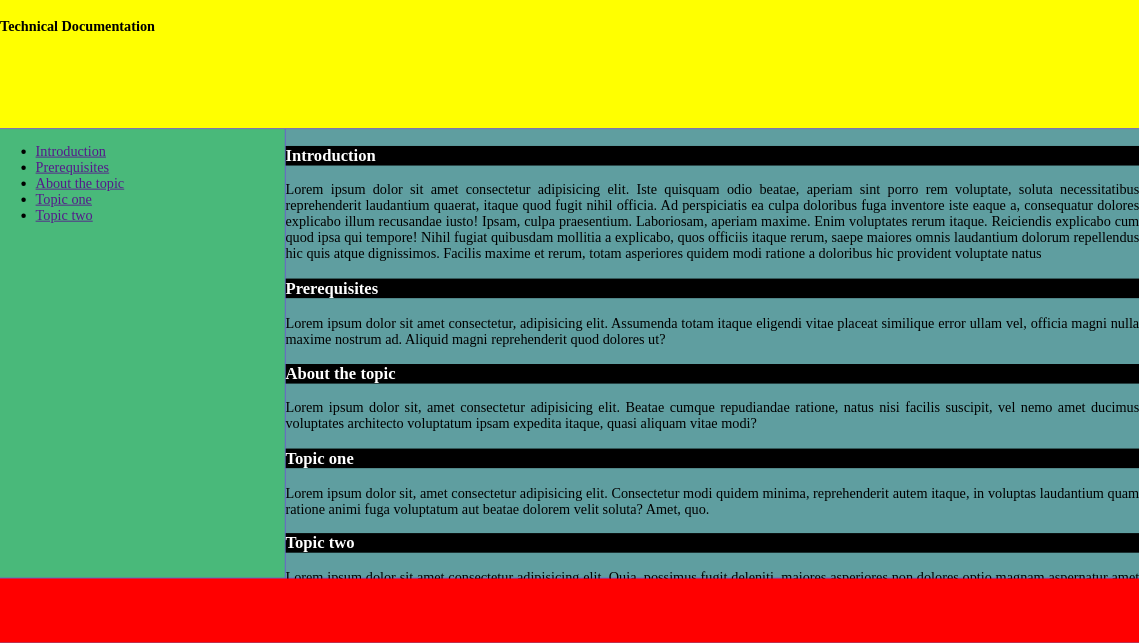
Repository: JoaoLemesDEV/Excercise-Tech-Documentation-Page
Page: index.html
An editor plug-in stored every save of this project. The page is shown before and after the next save, followed by the edit.
The browser window is 1280 px wide. The pictures show the whole page, at 89% of full size.

Above is the page before, as saved 2021-10-03 22:00:18.

### index.html
<!DOCTYPE html>
<html lang="en">
  <head>
    <meta charset="UTF-8" />
    <meta http-equiv="X-UA-Compatible" content="IE=edge" />
    <meta name="viewport" content="width=device-width, initial-scale=1.0" />
    <title>Technical Documentaion</title>
    <link rel="stylesheet" href="index.css" />
  </head>
  <body>
    <div class="wrapper">
      <header><h4>Technical Documentation</h4></header>
      <aside>
        <nav>
          <ul>
            <li><a href="">Introduction</a></li>
            <li><a href="">Prerequisites</a></li>
            <li><a href="">About the topic</a></li>
            <li><a href="">Topic one</a></li>
            <li><a href="">Topic two</a></li>
          </ul>
        </nav>
      </aside>
      <main>
        <section id="introduction">
          <h3 style="background: black; color: white">Introduction</h3>
          <p>
            Lorem ipsum dolor sit amet consectetur adipisicing elit. Iste
            quisquam odio beatae, aperiam sint porro rem voluptate, soluta
            necessitatibus reprehenderit laudantium quaerat, itaque quod fugit
            nihil officia. Ad perspiciatis ea culpa doloribus fuga inventore
            iste eaque a, consequatur dolores explicabo illum recusandae iusto!
            Ipsam, culpa praesentium. Laboriosam, aperiam maxime. Enim
            voluptates rerum itaque. Reiciendis explicabo cum quod ipsa qui
            tempore! Nihil fugiat quibusdam mollitia a explicabo, quos officiis
            itaque rerum, saepe maiores omnis laudantium dolorum repellendus hic
            quis atque dignissimos. Facilis maxime et rerum, totam asperiores
            quidem modi ratione a doloribus hic provident voluptate natus
          </p>
        </section>
        <section id="Prerequisites">
          <h3 style="background: black; color: white">Prerequisites</h3>
          <p>
            Lorem ipsum dolor sit amet consectetur, adipisicing elit. Assumenda
            totam itaque eligendi vitae placeat similique error ullam vel,
            officia magni nulla maxime nostrum ad. Aliquid magni reprehenderit
            quod dolores ut?
          </p>
        </section>
        <section id="about the topic">
          <h3 style="background: black; color: white">About the topic</h3>
          <p>
            Lorem ipsum dolor sit, amet consectetur adipisicing elit. Beatae
            cumque repudiandae ratione, natus nisi facilis suscipit, vel nemo
            amet ducimus voluptates architecto voluptatum ipsam expedita itaque,
            quasi aliquam vitae modi?
          </p>
        </section>
        <section id="topic one">
          <h3 style="background: black; color: white">Topic one</h3>
          <p>
            Lorem ipsum dolor sit, amet consectetur adipisicing elit.
            Consectetur modi quidem minima, reprehenderit autem itaque, in
            voluptas laudantium quam ratione animi fuga voluptatum aut beatae
            dolorem velit soluta? Amet, quo.
          </p>
        </section>
        <section id="topic two">
          <h3 style="background: black; color: white">Topic two</h3>
          <p>
            Lorem ipsum dolor sit amet consectetur adipisicing elit. Quia,
            possimus fugit deleniti, maiores asperiores non dolores optio magnam
            aspernatur amet dolore ipsum in quaerat assumenda neque totam sunt
            odit dolorum.
          </p>
        </section>
      </main>
      <footer></footer>
    </div>
  </body>
</html>

### index.css
html body {
  margin: 0;
  padding: 0;
  box-sizing: border-box;
  background-color: slateblue;
}
.wrapper {
  display: grid;
  grid-template-columns: 1fr 3fr;
  grid-template-rows: 20vh 70vh 10vh;
  grid-gap: 1px 1px;
  grid-template-areas: "h h" "m a " "f f";
}

header {
  background-color: yellow;
  grid-area: h;
}

aside {
  background-color: rgb(73, 185, 122);
  grid-area:
}

main {
  background-color: cadetblue;
  text-align: justify;
  grid-column-start: 2;
  grid-column-end: 3;
}

footer {
  background-color: red;
  grid-column-start: 1;
  grid-column-end: 3;
}

After the next save:
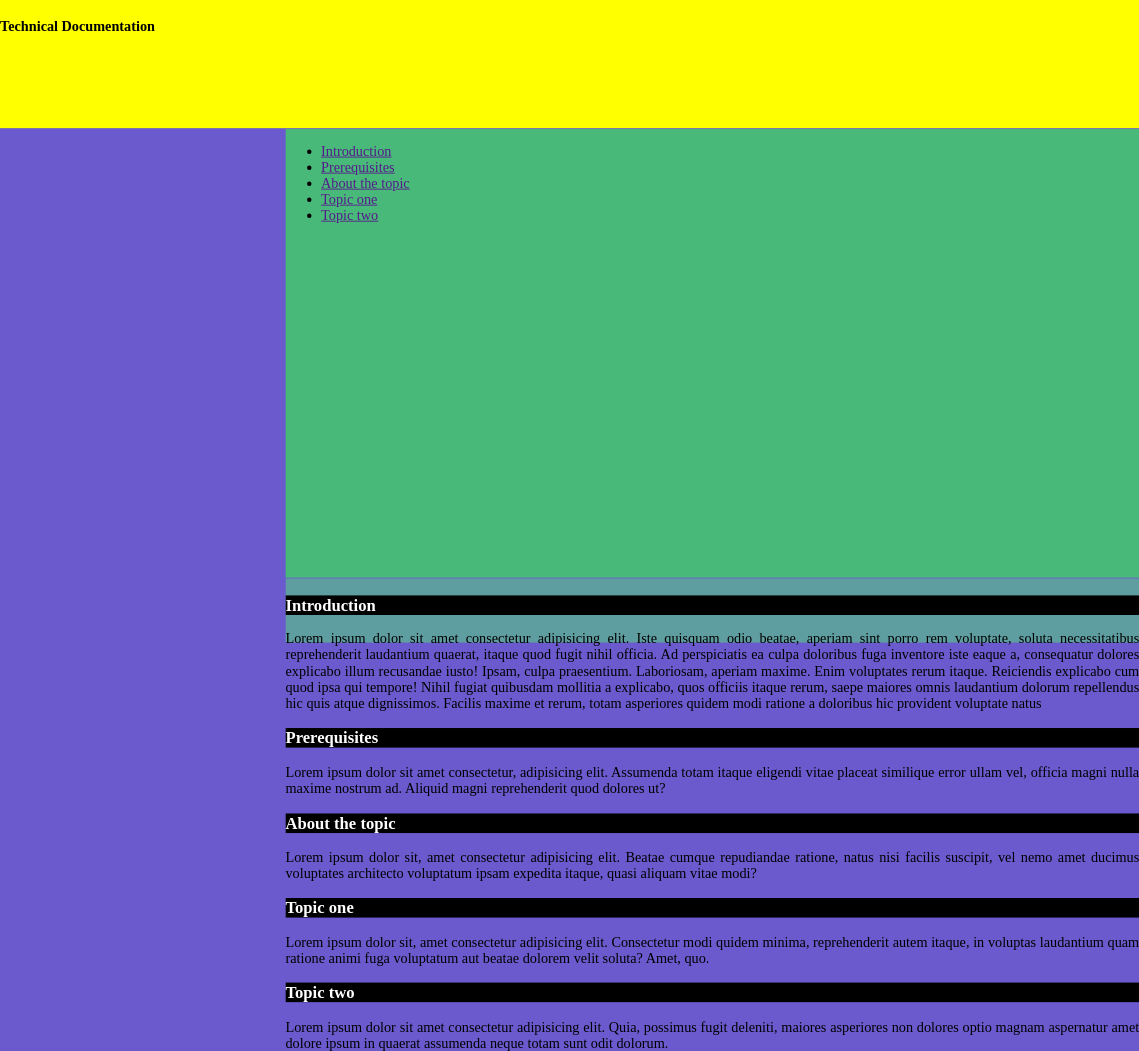
Saved 8 s later.
--- a/index.css
+++ b/index.css
@@ -19,7 +19,7 @@ header {
 
 aside {
   background-color: rgb(73, 185, 122);
-  grid-area:
+  grid-area:a;
 }
 
 main {
